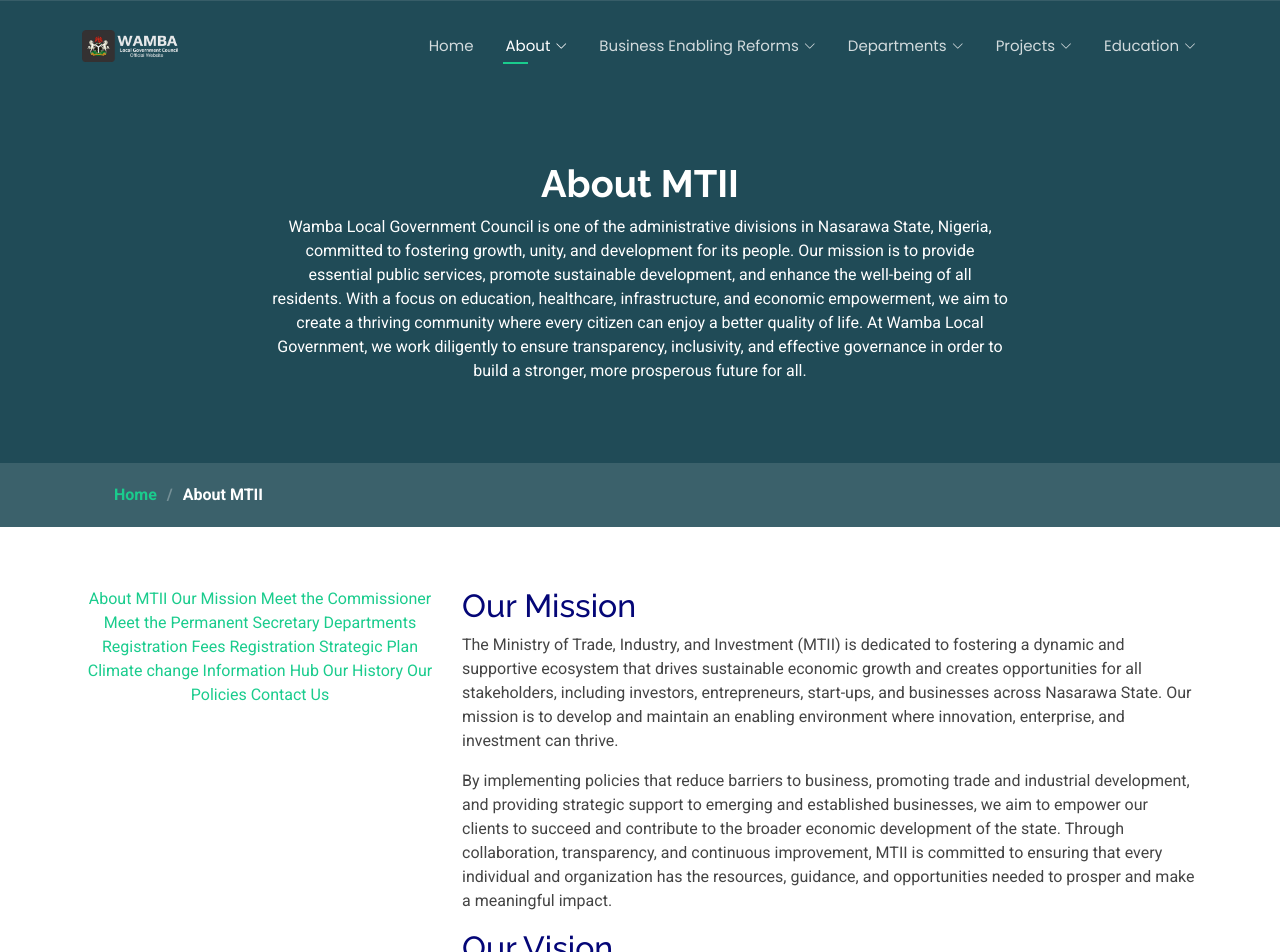
Repository: GlorifiedIntel/wamba-lgc
Page: about-wamba.html
An editor plug-in stored every save of this project. The page is shown before and after the next save, followed by the edit.
The browser window is 1280 px wide. The pictures show the part of the page from y = 0 to 952 px (the page is 3323 px tall).
A picture or video elsewhere on the page could not be fetched, so the positions and the page height are approximate.

Above is the page before, as saved 2025-02-06 01:34:27.
Console error: TypeError: Cannot read properties of null (reading 'click')

After the next save:
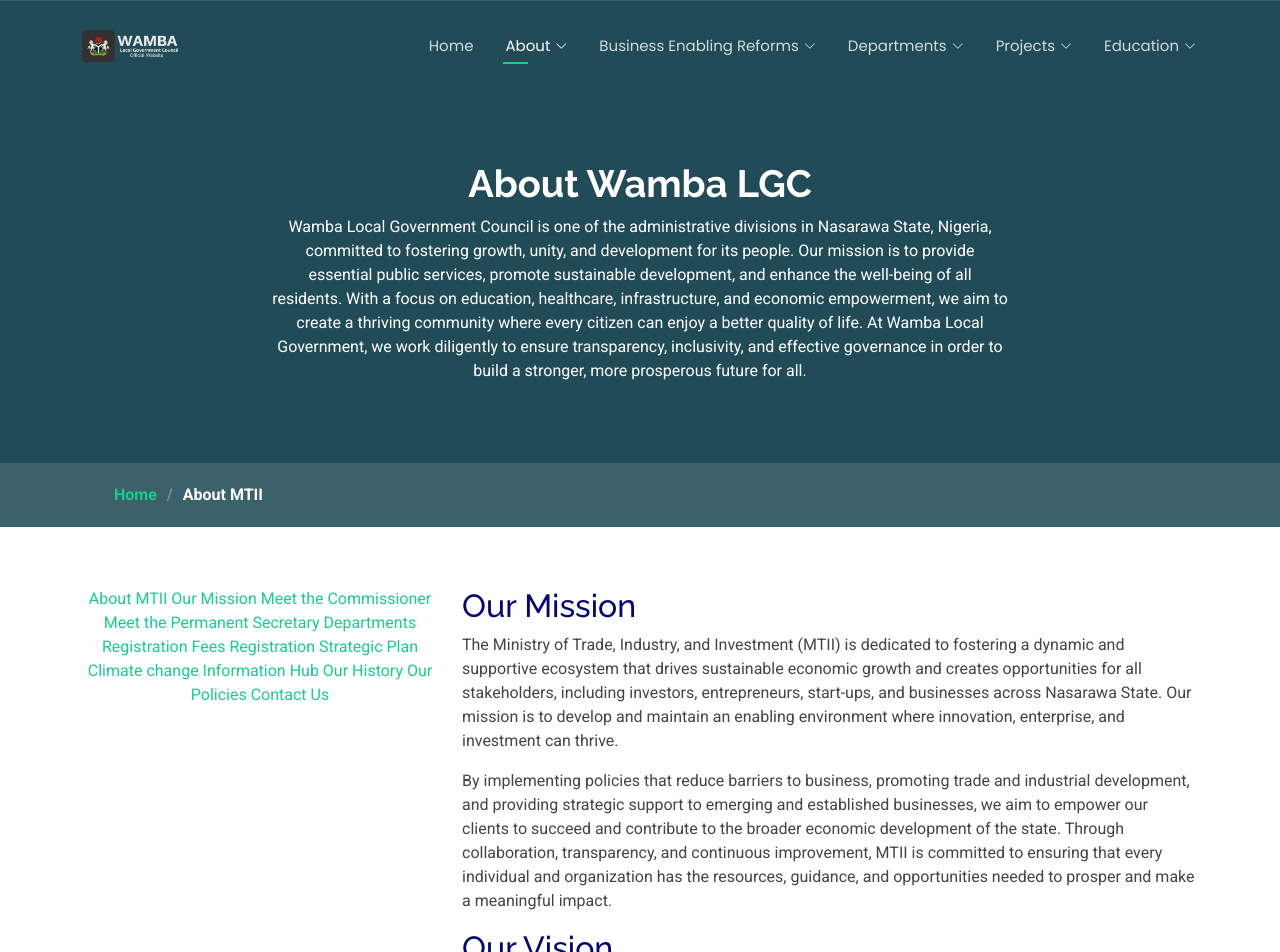
Saved 43 s later.
--- a/about-wamba.html
+++ b/about-wamba.html
@@ -107,7 +107,7 @@
         <div class="container">
           <div class="row d-flex justify-content-center text-center">
             <div class="col-lg-8">
-              <h1>About MTII</h1>
+              <h1>About Wamba LGC</h1>
               <p class="mb-0">Wamba Local Government Council is one of the administrative divisions in Nasarawa State, Nigeria, committed to fostering growth, unity, and development for its people. Our mission is to provide essential public services, promote sustainable development, and enhance the well-being of all residents. With a focus on education, healthcare, infrastructure, and economic empowerment, we aim to create a thriving community where every citizen can enjoy a better quality of life. At Wamba Local Government, we work diligently to ensure transparency, inclusivity, and effective governance in order to build a stronger, more prosperous future for all.</p>
             </div>
           </div>
